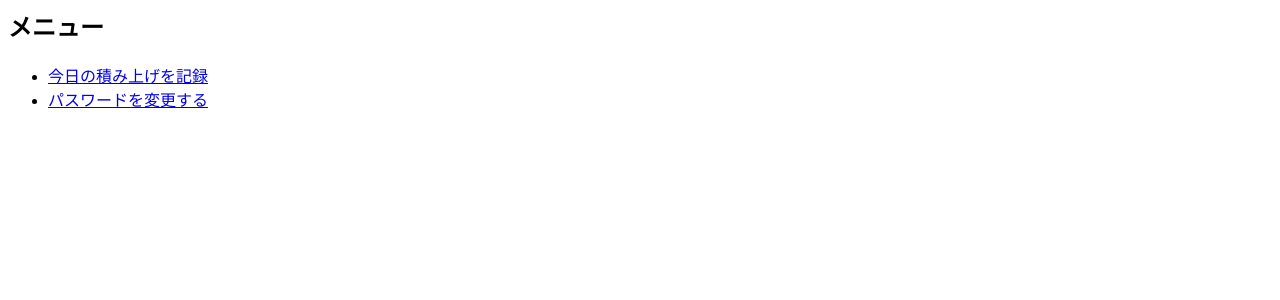
Repository: Hiroshii-m/tumiage
Page: http://localhost/fuel/app/views/template/sidebar.php
These files come from the project's save history. The page is drawn as it stood at one moment and after the next save; the edit follows.
The browser window is 1280 px wide. The pictures show the whole page.
The page is run by PHP 8.4 with error messages shown; the project is at /var/www/html/.

Above is the page before, as saved 2021-06-04 16:58:09.

### fuel/app/views/template/sidebar.php
<section id="l-sidebar">
    <aside class="c-sidebar">
        <h2 class="c-sidebar__tit">メニュー</h2>
        <ul class="c-sidebar__body">
            <li class="c-sidebar__list">
                <a href="registstack.php" class="c-sidebar__text">今日の積み上げを記録</a>
            </li>
            <li class="c-sidebar__list">
                <a href="updatepass.php" class="c-sidebar__text">パスワードを変更する</a>
            </li>
        </ul>
    </aside>
</section><!-- /サイドバー -->

After the next save:
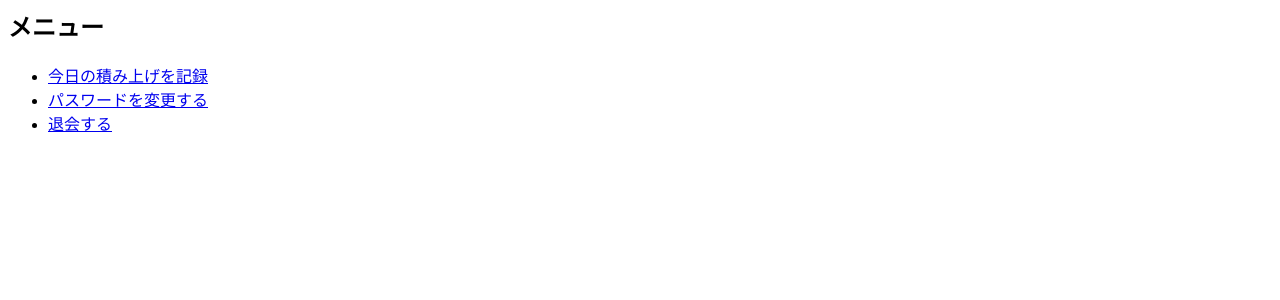
Saved 69 s later.
--- a/fuel/app/views/template/sidebar.php
+++ b/fuel/app/views/template/sidebar.php
@@ -8,6 +8,9 @@
             <li class="c-sidebar__list">
                 <a href="updatepass.php" class="c-sidebar__text">パスワードを変更する</a>
             </li>
+            <li class="c-sidebar__list">
+                <a href="withdraw.php" class="c-sidebar__text">退会する</a>
+            </li>
         </ul>
     </aside>
 </section><!-- /サイドバー -->
